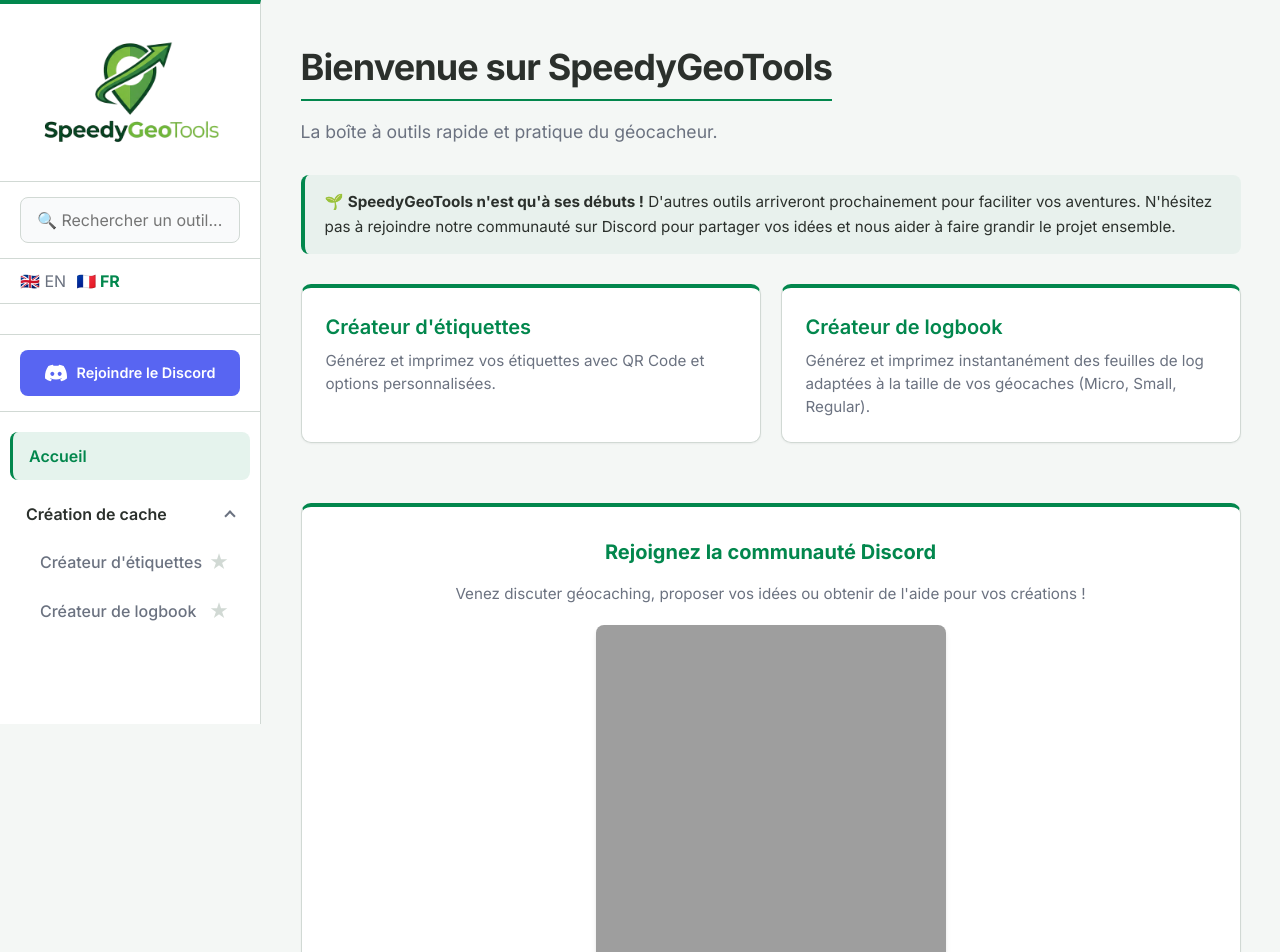
Repository: rodafux/SpeedyGeoTools
Page: fr/index.html
These files come from the project's save history. The page is drawn as it stood at one moment and after the next save; the edit follows.
The browser window is 1280 px wide. The pictures show the part of the page from y = 0 to 952 px (the page is 1346 px tall).
Pictures or frames that could not be fetched are drawn as grey boxes.

Above is the page before, as saved 2026-04-11 01:23:44.

### fr/index.html
<!DOCTYPE html>
<html lang="fr">
<head>
    <meta charset="UTF-8">
    <meta name="viewport" content="width=device-width, initial-scale=1.0">
    <title>SpeedyGeoTools - Accueil</title>
    <meta name="description" content="La boîte à outils rapide et pratique du géocacheur. Générez des étiquettes et des logbooks instantanément.">
    <link rel="alternate" hreflang="en" href="https://speedygeotools.com/" />
    <link rel="alternate" hreflang="fr" href="https://speedygeotools.com/fr/" />
    <link rel="alternate" hreflang="x-default" href="https://speedygeotools.com/" />
    <link rel="preconnect" href="https://fonts.googleapis.com">
    <link rel="preconnect" href="https://fonts.gstatic.com" crossorigin>
    <link href="https://fonts.googleapis.com/css2?family=Inter:wght@400;500;600;700&display=swap" rel="stylesheet">
    <link rel="stylesheet" href="../css/style.css">
</head>
<body>
    <div class="app-sidebar no-print">
        <div class="sidebar-header">
            <a href="index.html" class="sidebar-brand">
                <img src="../logo.png" alt="SpeedyGeoTools" class="brand-logo">
            </a>
            <button class="mobile-menu-toggle" onclick="toggleMobileMenu()">☰</button>
        </div>
        <div class="sidebar-content" id="sidebarContent">
            <div class="search-container">
                <input type="text" id="toolSearch" placeholder="🔍 Rechercher un outil..." onkeyup="filterTools()">
            </div>
            <div style="padding: 10px 20px; border-bottom: 1px solid var(--border-color); display: flex; gap: 10px;">
                <a href="../index.html" style="text-decoration: none; color: var(--text-muted);">🇬🇧 EN</a>
                <a href="index.html" style="text-decoration: none; font-weight: bold; color: var(--primary-color);">🇫🇷 FR</a>
            </div>
            <div id="google_translate_element" class="translation-widget"></div>
            <div class="sidebar-discord">
                <a href="https://discord.gg/7D9yHJCKaA" target="_blank">
                    <svg viewBox="0 0 127.14 96.36" width="22" height="22" fill="currentColor"><path d="M107.7,8.07A105.15,105.15,0,0,0,81.47,0a72.06,72.06,0,0,0-3.36,6.83A97.68,97.68,0,0,0,49,6.83,72.37,72.37,0,0,0,45.64,0,105.89,105.89,0,0,0,19.39,8.09C2.79,32.65-1.71,56.6.54,80.21h0A105.73,105.73,0,0,0,32.71,96.36,77.7,77.7,0,0,0,39.6,85.25a68.42,68.42,0,0,1-10.85-5.18c.91-.66,1.8-1.34,2.66-2a75.57,75.57,0,0,0,64.32,0c.87.71,1.76,1.39,2.66,2a68.68,68.68,0,0,1-10.87,5.19,77,77,0,0,0,6.89,11.1A105.25,105.25,0,0,0,126.6,80.22h0C129.24,52.84,122.09,29.11,107.7,8.07ZM42.45,65.69C36.18,65.69,31,60,31,53s5-12.74,11.43-12.74S54,46,53.89,53,48.84,65.69,42.45,65.69Zm42.24,0C78.41,65.69,73.31,60,73.31,53s5-12.74,11.43-12.74S96.33,46,96.22,53,91.08,65.69,84.69,65.69Z"/></svg>
                    <span>Rejoindre le Discord</span>
                </a>
            </div>
            <div class="sidebar-nav">
                <a href="index.html" class="active">Accueil</a>
                <details open>
                    <summary>Création de cache</summary>
                    <a href="labels.html">Créateur d'étiquettes</a>
                    <a href="logbook.html">Créateur de logbook</a>
                </details>
            </div>
        </div>
    </div>
    <div class="app-content">
        <div class="container">
            <h1>Bienvenue sur SpeedyGeoTools</h1>
            <p class="subtitle">La boîte à outils rapide et pratique du géocacheur.</p>
            <div class="welcome-message">
                <p>🌱 <strong>SpeedyGeoTools n'est qu'à ses débuts !</strong> D'autres outils arriveront prochainement pour faciliter vos aventures. N'hésitez pas à rejoindre notre communauté sur Discord pour partager vos idées et nous aider à faire grandir le projet ensemble.</p>
            </div>
            <div class="home-grid">
                <a href="labels.html" style="text-decoration: none; color: inherit;">
                    <div class="tool-card">
                        <h2>Créateur d'étiquettes</h2>
                        <p>Générez et imprimez vos étiquettes avec QR Code et options personnalisées.</p>
                    </div>
                </a>
                <a href="logbook.html" style="text-decoration: none; color: inherit;">
                    <div class="tool-card">
                        <h2>Créateur de logbook</h2>
                        <p>Générez et imprimez instantanément des feuilles de log adaptées à la taille de vos géocaches (Micro, Small, Regular).</p>
                    </div>
                </a>
            </div>
            <div class="widget-container">
                <h2>Rejoignez la communauté Discord</h2>
                <p>Venez discuter géocaching, proposer vos idées ou obtenir de l'aide pour vos créations !</p>
                <div class="iframe-wrapper">
                    <iframe src="https://discord.com/widget?id=1491451481055039500&theme=dark" width="350" height="500" allowtransparency="true" frameborder="0" sandbox="allow-popups allow-popups-to-escape-sandbox allow-same-origin allow-scripts"></iframe>
                </div>
            </div>
        </div>
        <footer class="site-footer no-print">
            <p>SpeedyGeoTools vous est utile ? <a href="https://paypal.me/JulienPorcher" target="_blank" rel="noopener noreferrer">Faites un don via PayPal</a> ❤️</p>
            <p class="disclaimer">
                SpeedyGeoTools est un outil tiers créé par un joueur. Le logo Geocaching est une marque déposée de Groundspeak, Inc. utilisée avec permission. Ce site n'est ni affilié, ni approuvé, ni sponsorisé par Groundspeak, Inc.<br>
                <a href="legal.html">Mentions Légales & Données Personnelles</a>
            </p>
        </footer>
    </div>
    <script type="text/javascript" src="//translate.google.com/translate_a/element.js?cb=googleTranslateElementInit"></script>
    <script src="../js/main.js"></script>
</body>
</html>

### css/style.css
:root {
    --primary-color: #02874D;
    --primary-hover: #01683B;
    --secondary-color: #F26522;
    --secondary-hover: #D9561C;
    --bg-body: #f4f7f5;
    --bg-surface: #ffffff;
    --text-main: #2b302c;
    --text-muted: #6b7280;
    --border-color: #d1d9d4;
    --shadow-sm: 0 1px 2px 0 rgba(0, 0, 0, 0.05);
    --shadow-md: 0 4px 6px -1px rgba(0, 0, 0, 0.1), 0 2px 4px -1px rgba(0, 0, 0, 0.06);
    --radius: 10px;
}
body {
    font-family: 'Inter', system-ui, -apple-system, sans-serif;
    margin: 0; padding: 0; background-color: var(--bg-body); color: var(--text-main);
    line-height: 1.5; display: flex; min-height: 100vh;
}
.app-sidebar {
    width: 260px; background-color: var(--bg-surface); border-right: 1px solid var(--border-color);
    display: flex; flex-direction: column; position: sticky; top: 0; height: 100vh; z-index: 1000;
    border-top: 4px solid var(--primary-color);
}
.sidebar-header {
    display: flex; justify-content: space-between; align-items: center; border-bottom: 1px solid var(--border-color);
    width: 100%; box-sizing: border-box; background-color: var(--bg-surface); z-index: 1001;
}
.sidebar-brand {
    padding: 24px 20px; display: flex; align-items: center; justify-content: center;
    text-decoration: none; overflow: hidden; width: 100%; box-sizing: border-box;
}
.brand-logo {
    width: 100%; max-width: 200px; height: auto; object-fit: contain; transform: scale(1.4); margin: 10px 0;
}
.mobile-menu-toggle {
    display: none; background: transparent !important; border: none; font-size: 2rem; cursor: pointer;
    color: var(--text-main); padding: 5px 20px; box-shadow: none !important; width: auto; margin: 0; flex-shrink: 0;
}
.sidebar-content {
    display: flex; flex-direction: column; flex: 1; overflow-y: auto;
}
.search-container {
    padding: 15px 20px; border-bottom: 1px solid var(--border-color);
}
.search-container input {
    width: 100%; padding: 10px 15px; font-size: 0.95rem; font-family: inherit; color: var(--text-main);
    background-color: var(--bg-body); border: 1px solid var(--border-color); border-radius: 20px; box-sizing: border-box; transition: all 0.2s;
}
.search-container input:focus {
    outline: none; border-color: var(--primary-color); background-color: #fff; box-shadow: 0 0 0 3px rgba(2, 135, 77, 0.15);
}
.translation-widget { padding: 15px 20px; border-bottom: 1px solid var(--border-color); }
.goog-te-gadget { color: transparent !important; font-size: 0px; }
.goog-logo-link { display: none !important; }
.goog-te-combo {
    width: 100%; padding: 10px; font-size: 0.9rem; font-family: 'Inter', sans-serif;
    color: var(--text-main); background-color: #f9fafb; border: 1px solid var(--border-color);
    border-radius: 8px; outline: none; cursor: pointer; box-sizing: border-box;
}
.goog-te-combo:focus { border-color: var(--primary-color); box-shadow: 0 0 0 3px rgba(2, 135, 77, 0.15); }
.sidebar-discord { padding: 15px 20px; border-bottom: 1px solid var(--border-color); }
.sidebar-discord a {
    display: flex; align-items: center; justify-content: center; gap: 10px;
    background-color: #5865F2; color: white !important; text-decoration: none !important;
    padding: 12px 15px; border-radius: 8px; font-weight: 600; font-size: 0.9rem;
    transition: background-color 0.2s, transform 0.1s;
}
.sidebar-discord a:hover { background-color: #4752C4; }
.skiptranslate iframe, .goog-te-banner-frame { display: none !important; }
body { top: 0px !important; position: static !important; }
#goog-gt-tt, .goog-te-balloon-frame, div[id^="goog-gt-"] { display: none !important; }
.goog-text-highlight { background-color: transparent !important; box-shadow: none !important; }
.sidebar-nav { padding: 20px 10px; display: flex; flex-direction: column; gap: 5px; }
.sidebar-nav details { margin-bottom: 5px; }
.sidebar-nav summary {
    cursor: pointer; padding: 12px 16px; color: var(--text-main); font-weight: 600;
    list-style: none; outline: none; border-radius: 8px; transition: background 0.2s; position: relative;
}
.sidebar-nav summary::-webkit-details-marker { display: none; }
.sidebar-nav summary:hover { background-color: var(--bg-body); }
.sidebar-nav summary::after {
    content: ""; position: absolute; right: 16px; top: calc(50% - 2px); width: 6px; height: 6px;
    border-right: 2px solid var(--text-muted); border-bottom: 2px solid var(--text-muted);
    transform: translateY(-50%) rotate(45deg); transition: transform 0.2s ease-in-out;
}
.sidebar-nav details[open] summary::after { transform: translateY(-50%) rotate(-135deg); top: calc(50% + 2px); }
.sidebar-nav > a {
    padding: 12px 16px; color: var(--text-main); font-weight: 600; text-decoration: none;
    border-radius: 8px; transition: all 0.2s; display: block; margin-bottom: 5px;
}
.sidebar-nav > a:hover { background-color: var(--bg-body); }
.sidebar-nav > a.active { background-color: rgba(2, 135, 77, 0.1); color: var(--primary-color); border-left: 3px solid var(--primary-color); }
.sidebar-nav details a {
    padding: 10px 16px 10px 30px; color: var(--text-muted); text-decoration: none;
    font-weight: 500; border-radius: 8px; transition: all 0.2s; display: flex; justify-content: space-between; align-items: center;
}
.sidebar-nav details a:hover { background-color: var(--bg-body); color: var(--text-main); }
.sidebar-nav details a.active { background-color: rgba(2, 135, 77, 0.1); color: var(--primary-color); font-weight: 600; border-left: 3px solid var(--primary-color); }
.star-btn { color: #d1d9d4; font-size: 1.2rem; cursor: pointer; transition: color 0.2s, transform 0.2s; padding: 0 5px; }
.star-btn:hover { color: var(--primary-color); transform: scale(1.2); }
.star-btn.active { color: var(--primary-color); }
.app-content { flex: 1; display: flex; flex-direction: column; min-width: 0; min-height: 100vh; }
.container { padding: 40px 30px; max-width: 1000px; margin: 0 auto; flex: 1; width: 100%; box-sizing: border-box; }
h1 { font-size: 2.25rem; font-weight: 700; color: var(--text-main); margin-top: 0; margin-bottom: 8px; letter-spacing: -0.025em; border-bottom: 2px solid var(--primary-color); display: inline-block; padding-bottom: 5px; }
p.subtitle { font-size: 1.1rem; color: var(--text-muted); margin-bottom: 30px; margin-top: 10px; }
.welcome-message {
    background-color: rgba(2, 135, 77, 0.05); border-left: 4px solid var(--primary-color);
    padding: 15px 20px; border-radius: 8px; margin-bottom: 30px; font-size: 0.95rem; color: var(--text-main); line-height: 1.6;
}
.welcome-message p { margin: 0; }
.home-grid { display: flex; gap: 20px; align-items: stretch; flex-wrap: wrap; }
.home-grid > a { flex: 1; min-width: 280px; display: flex; }
.tool-card {
    background-color: var(--bg-surface); border: 1px solid var(--border-color); border-radius: var(--radius);
    padding: 24px; cursor: pointer; transition: all 0.3s ease; box-shadow: var(--shadow-sm);
    margin-bottom: 20px; position: relative; overflow: hidden; width: 100%; box-sizing: border-box; border-top: 4px solid var(--primary-color);
}
.tool-card::before {
    content: ""; position: absolute; top: 0; left: 0; width: 4px; height: 100%;
    background-color: var(--secondary-color); transform: scaleY(0); transition: transform 0.3s ease; transform-origin: bottom;
}
.tool-card:hover { box-shadow: var(--shadow-md); transform: translateY(-2px); border-color: transparent; }
.tool-card:hover::before { transform: scaleY(1); }
.tool-card h2 { margin-top: 0; color: var(--primary-color); font-size: 1.25rem; font-weight: 600; margin-bottom: 8px; }
.tool-card p { margin: 0; color: var(--text-muted); font-size: 0.95rem; }
.widget-container {
    margin-top: 40px; background-color: var(--bg-surface); border: 1px solid var(--border-color);
    border-radius: var(--radius); padding: 30px 24px; text-align: center; box-shadow: var(--shadow-sm); border-top: 4px solid var(--primary-color);
}
.widget-container h2 { color: var(--primary-color); font-size: 1.25rem; margin-top: 0; margin-bottom: 8px; }
.widget-container p { color: var(--text-muted); margin-bottom: 20px; font-size: 0.95rem; }
.iframe-wrapper { display: flex; justify-content: center; }
.iframe-wrapper iframe { max-width: 100%; border-radius: 8px; box-shadow: var(--shadow-md); }
.main-layout { display: flex; gap: 30px; align-items: flex-start; }
.controls-panel {
    flex: 1; background-color: var(--bg-surface); padding: 30px; border-radius: var(--radius);
    box-shadow: var(--shadow-md); border: 1px solid var(--border-color); border-top: 4px solid var(--primary-color);
}
#cachesListContainer > div {
    background-color: #f9fafb; border: 1px solid var(--border-color); border-left: 5px solid var(--primary-color);
    padding: 20px; margin-bottom: 20px; border-radius: 8px; box-shadow: var(--shadow-sm); position: relative; transition: box-shadow 0.2s ease;
}
#cachesListContainer > div:hover { box-shadow: var(--shadow-md); }
#cachesListContainer > div:nth-child(even) { background-color: #ffffff; border-left: 5px solid var(--secondary-color); }
#cachesListContainer > div h3 { margin-top: 0; margin-bottom: 15px; color: var(--text-main); font-size: 1.1rem; border-bottom: 1px solid var(--border-color); padding-bottom: 8px; }
.form-group { margin-bottom: 20px; }
.emergency-toggle { background-color: #ffebee; padding: 15px; border-radius: 8px; border: 1px solid #ffcdd2; margin-bottom: 25px; border-left: 4px solid #d32f2f; }
.checkbox-group { display: flex; align-items: center; gap: 10px; }
.sub-checkbox { margin-left: 25px; margin-top: -10px; }
.checkbox-group input { width: auto; accent-color: var(--primary-color); }
label { display: block; font-weight: 500; color: var(--text-main); margin-bottom: 8px; font-size: 0.95rem; }
.checkbox-group label { margin-bottom: 0; }
input[type="text"], input[type="number"], input[type="file"], select {
    width: 100%; padding: 12px 16px; font-size: 1rem; font-family: inherit; color: var(--text-main);
    background-color: #f9fafb; border: 1px solid var(--border-color); border-radius: 8px; box-sizing: border-box; transition: all 0.2s;
}
input[type="text"]:focus, input[type="number"]:focus, select:focus { outline: none; border-color: var(--primary-color); background-color: #fff; box-shadow: 0 0 0 3px rgba(2, 135, 77, 0.15); }
button {
    width: 100%; background-color: var(--primary-color); color: white; border: none; padding: 14px 20px;
    font-size: 1rem; font-weight: 600; font-family: inherit; border-radius: 8px; cursor: pointer; transition: background-color 0.2s, transform 0.1s;
    margin-top: 10px; box-shadow: var(--shadow-sm);
}
button:hover { background-color: var(--primary-hover); box-shadow: var(--shadow-md); }
button:active { transform: scale(0.98); }
.btn-secondary { background-color: var(--secondary-color) !important; color: white !important; }
.btn-secondary:hover { background-color: var(--secondary-hover) !important; }
.btn-outline { background-color: var(--bg-body) !important; color: var(--text-main) !important; border: 1px solid var(--border-color) !important; box-shadow: none !important; }
.btn-outline:hover { background-color: #e2e8f0 !important; }
.site-footer {
    text-align: center; padding: 30px 20px; background-color: var(--bg-surface); border-top: 1px solid var(--border-color);
    color: var(--text-muted); font-size: 0.95rem; margin-top: auto;
}
.site-footer p { margin: 0; }
.site-footer a { color: var(--primary-color); text-decoration: none; font-weight: 600; transition: color 0.2s ease; }
.site-footer a:hover { color: var(--secondary-color); text-decoration: underline; }
.site-footer .disclaimer { font-size: 0.75rem; color: var(--text-muted); margin-top: 15px; line-height: 1.4; opacity: 0.8; }
.site-footer .disclaimer a { color: var(--text-muted); font-weight: normal; text-decoration: underline; }
.legal-content h2 { font-size: 1.25rem; color: var(--primary-color); margin-top: 30px; margin-bottom: 10px; }
.legal-content p, .legal-content ul { margin-bottom: 15px; color: var(--text-main); }
.legal-content ul { padding-left: 20px; }
#render-area { display: none; }
@media (max-width: 768px) {
    body { flex-direction: column; }
    .app-sidebar { width: 100%; height: auto; position: sticky; border-right: none; border-bottom: none; }
    .sidebar-header { padding: 10px 0; }
    .sidebar-brand { padding: 5px 20px; width: auto; justify-content: flex-start; }
    .brand-logo { max-width: 150px; transform: scale(1.1); margin: 0; }
    .mobile-menu-toggle { display: block; }
    .sidebar-content {
        display: none; position: absolute; top: 100%; left: 0; width: 100%; background-color: var(--bg-surface);
        box-shadow: var(--shadow-md); max-height: calc(100vh - 70px); overflow-y: auto; flex-direction: column; border-bottom: 1px solid var(--border-color);
    }
    .sidebar-content.active { display: flex; }
    .main-layout { flex-direction: column-reverse; }
}

Loaded but not shown: js/main.js (199 lines, source omitted)

After the next save:
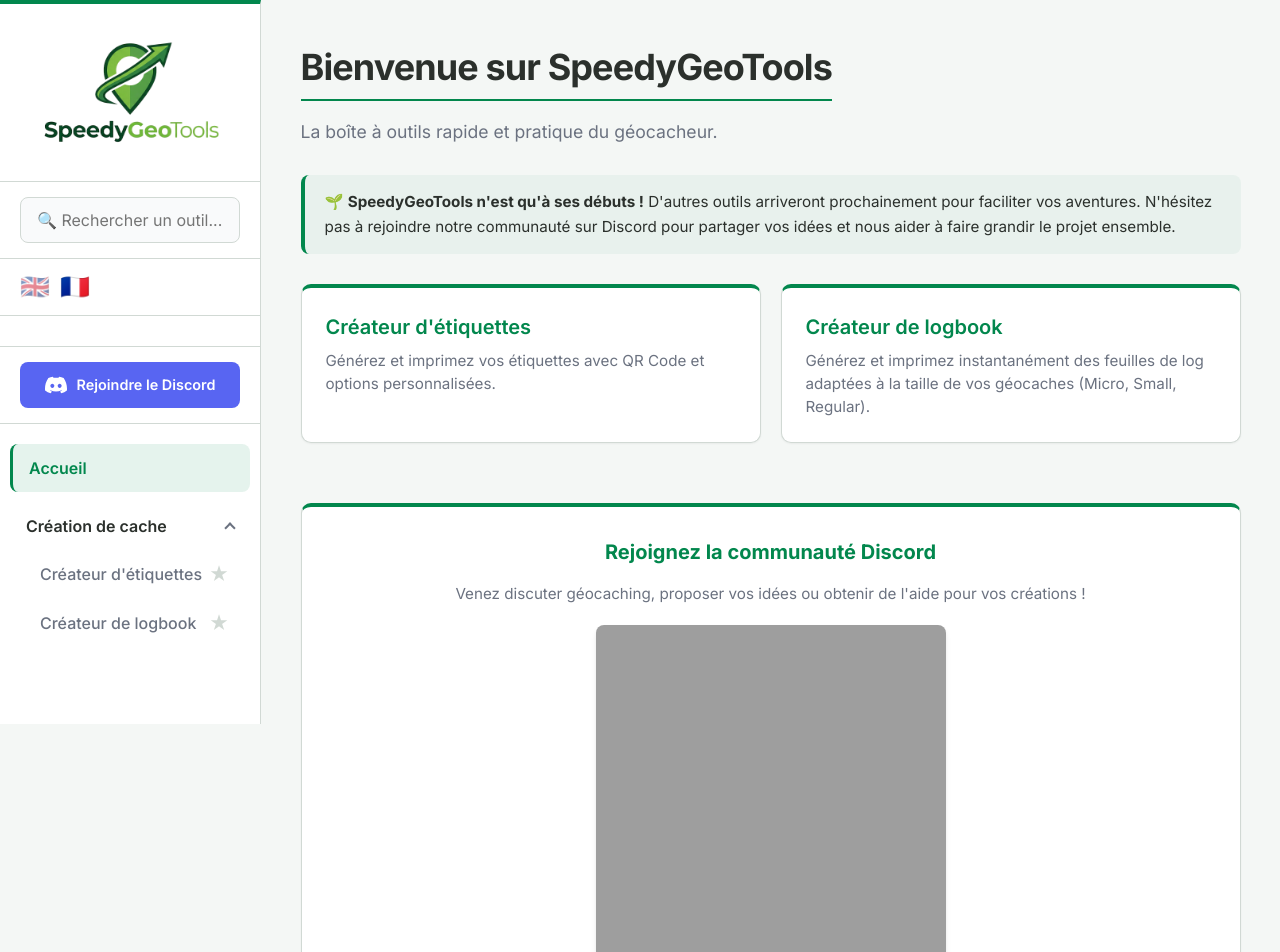
Saved 15 s later.
--- a/fr/index.html
+++ b/fr/index.html
@@ -26,8 +26,8 @@
                 <input type="text" id="toolSearch" placeholder="🔍 Rechercher un outil..." onkeyup="filterTools()">
             </div>
             <div style="padding: 10px 20px; border-bottom: 1px solid var(--border-color); display: flex; gap: 10px;">
-                <a href="../index.html" style="text-decoration: none; color: var(--text-muted);">🇬🇧 EN</a>
-                <a href="index.html" style="text-decoration: none; font-weight: bold; color: var(--primary-color);">🇫🇷 FR</a>
+                <a href="../index.html" style="text-decoration: none; font-size: 1.5rem; opacity: 0.5;">🇬🇧</a>
+                <a href="index.html" style="text-decoration: none; font-size: 1.5rem; opacity: 1;">🇫🇷</a>
             </div>
             <div id="google_translate_element" class="translation-widget"></div>
             <div class="sidebar-discord">
